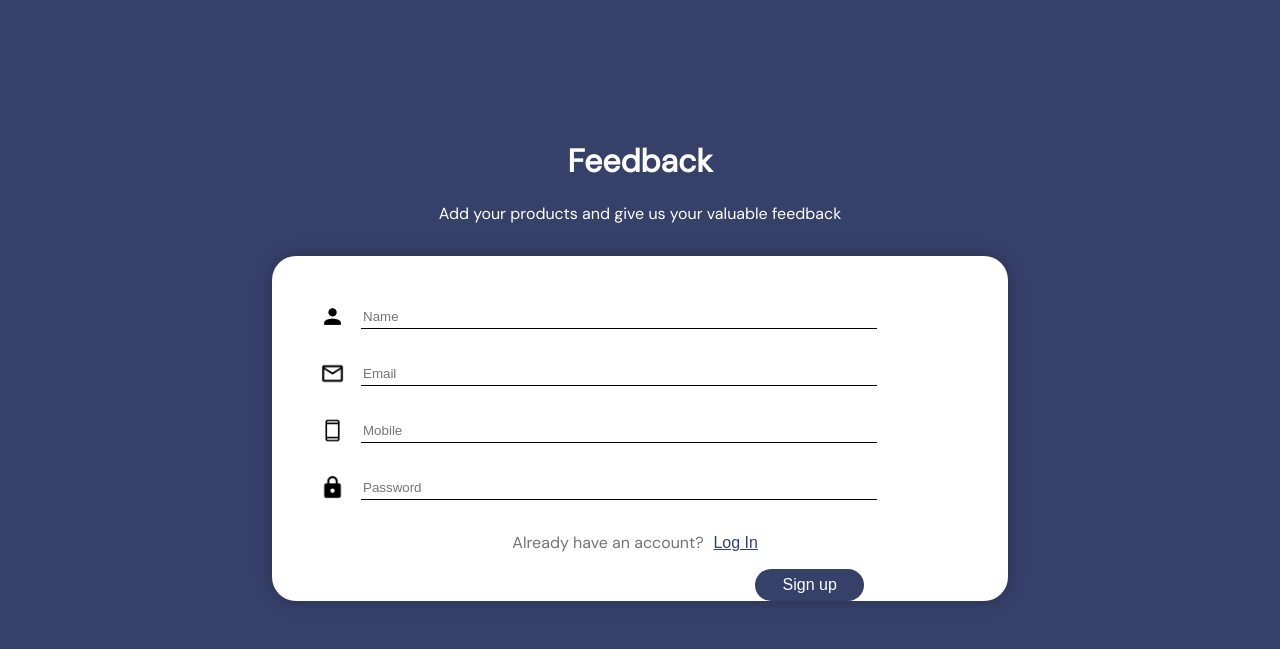
Repository: drumsmanku/final-evaluation-test
Page: /signup (app in client/)
These files come from the project's save history. The page is drawn as it stood at one moment and after the next save; the edit follows.
The browser window is 1280 px wide. The pictures show the whole page.
The project was rebuilt for these pictures with package versions that can differ from the ones it lists, and the page was loaded fresh each time. Also part of the build but not shown: client/src/Components/MainPage.js, client/src/CSS/Login.css, client/src/Components/Login.js.

Above is the page before, as saved 2023-07-29 18:49:29.

After the next save:
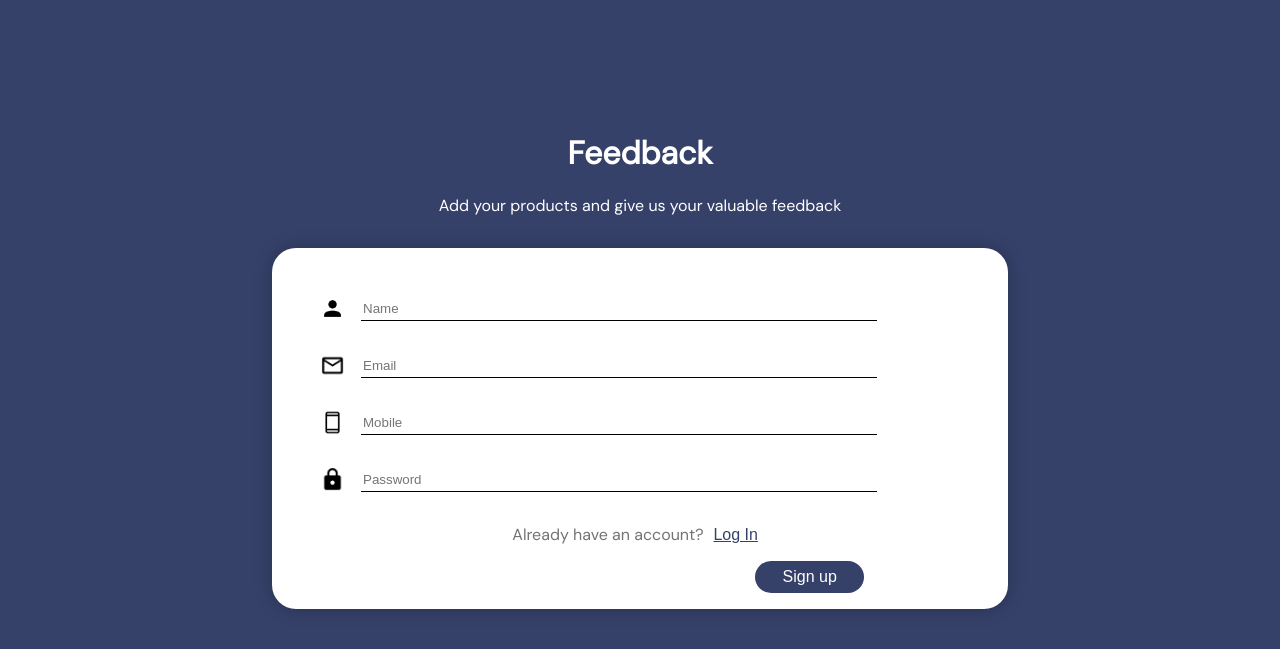
Saved 5 s later.
--- a/client/src/CSS/SignUp.css
+++ b/client/src/CSS/SignUp.css
@@ -18,7 +18,7 @@
   flex-direction: column;
   background-color: white;
   padding: 3rem;
-  padding-bottom: 0;
+  padding-bottom: 1rem;
   box-shadow: 0 0 17px #00000040;
   border-radius: 1.5rem;
 }
